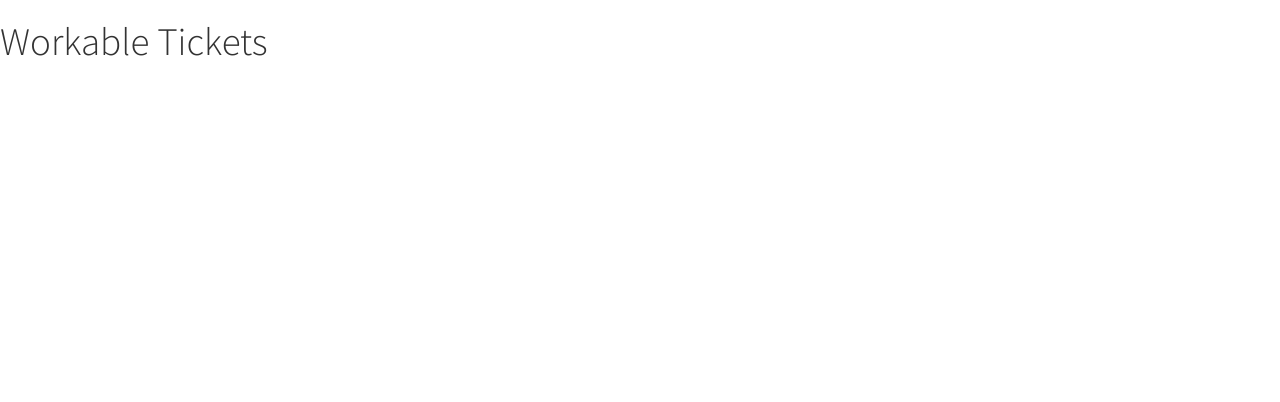
Repository: RChanco/Workable-Tickets-Dashboard
Page: index.html
The author's editor kept a record of every edit. The page is drawn from the files as they stood at one moment, then again after the next edit.
The browser window is 1280 px wide. The pictures show the whole page.

Above is the page before.
Console error: ReferenceError: show_case_owner is not defined

After the next edit:
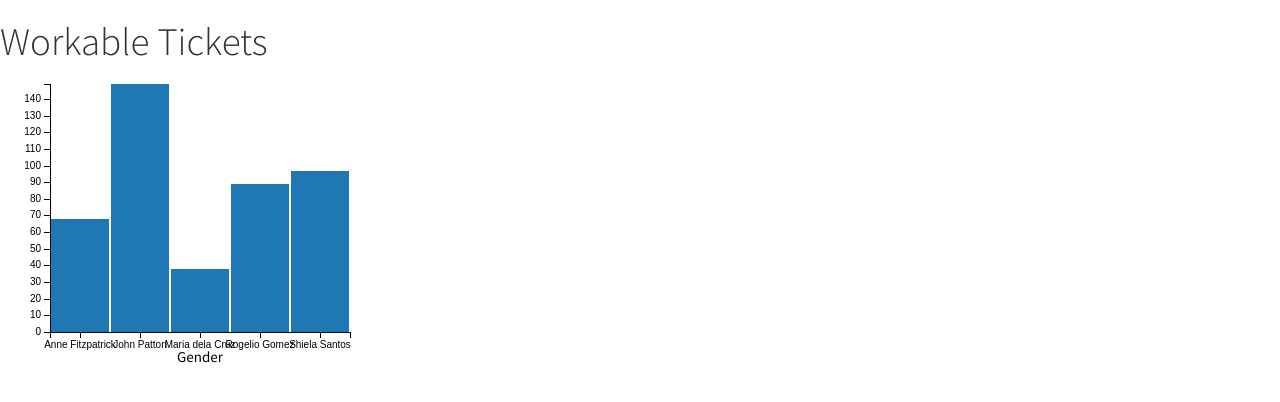
The error is gone.
The edit:
--- a/static/js/graph.js
+++ b/static/js/graph.js
@@ -11,7 +11,7 @@
 
 }
 
-function show_gender_balance(ndx) {
+function show_case_owner(ndx) {
     var dim = ndx.dimension(dc.pluck('CaseOwner'));
     var group = dim.group();
 
